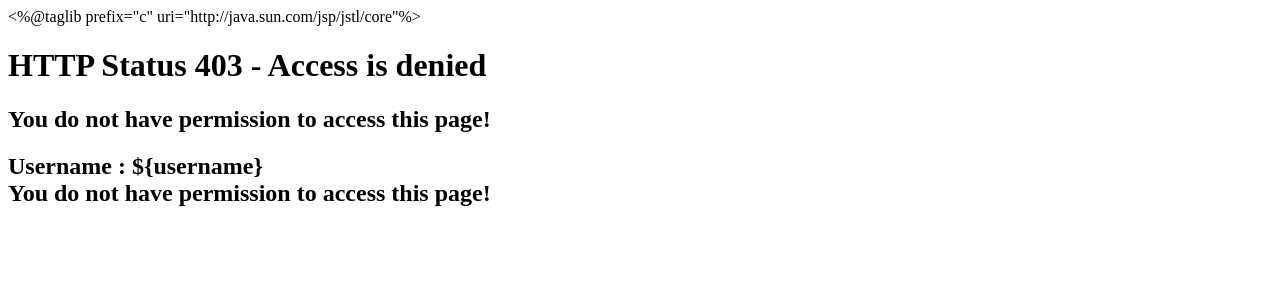
Repository: kamalsam21/Spring
Page: Spring Security/SpringSecurityDemo/src/main/webapp/WEB-INF/templates/403.html
An editor plug-in stored every save of this project. The page is shown before and after the next save, followed by the edit.
The browser window is 1280 px wide. The pictures show the whole page.

Above is the page before, as saved 2017-02-26 06:23:23.

After the next save:
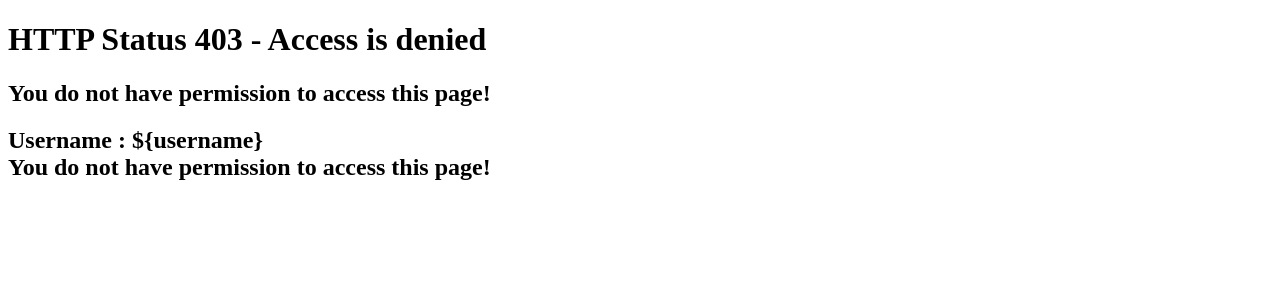
Saved 12 s later.
--- a/Spring Security/SpringSecurityDemo/src/main/webapp/WEB-INF/templates/403.html
+++ b/Spring Security/SpringSecurityDemo/src/main/webapp/WEB-INF/templates/403.html
@@ -1,4 +1,4 @@
-<%@taglib prefix="c" uri="http://java.sun.com/jsp/jstl/core"%>
+<!DOCTYPE html>
 <html>
 <body>
 	<h1>HTTP Status 403 - Access is denied</h1>
